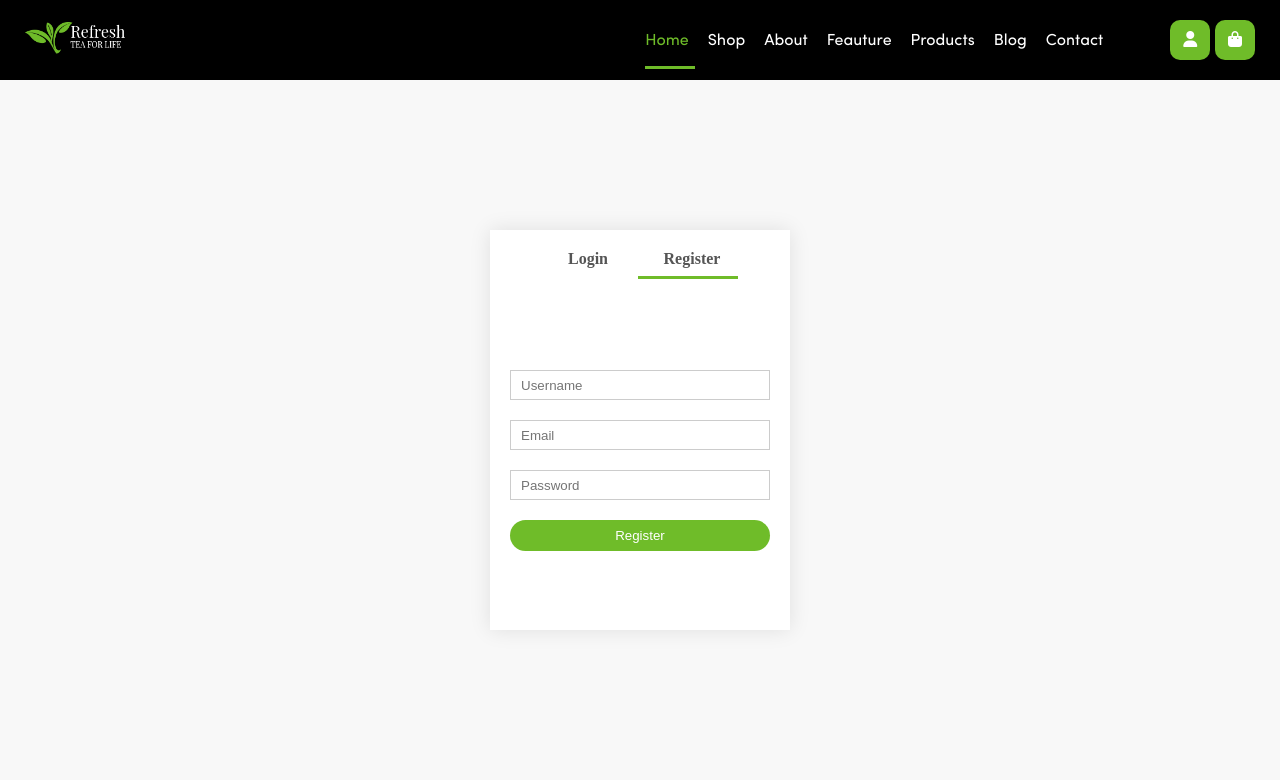
Repository: 52hzwhaleblue/school_teashop
Page: account.html
An editor plug-in stored every save of this project. The page is shown before and after the next save, followed by the edit.
The browser window is 1280 px wide. The pictures show the whole page.
Some web fonts or font styles are not loaded; a fallback is used. Some web libraries are served in a nearby version.

Above is the page before, as saved 2022-05-29 21:08:52.

### account.html
<!DOCTYPE html>
<html lang="en">
  <head>
    <meta charset="UTF-8" />
    <meta http-equiv="X-UA-Compatible" content="IE=edge" />
    <meta name="viewport" content="width=device-width, initial-scale=1.0" />

    <!-- Style CSS -->
    <link rel="stylesheet" href="./style.css" stylesheet="text/style.css" />

    <!-- googel fonts -->
    <link rel="preconnect" href="https://fonts.googleapis.com" />
    <link rel="preconnect" href="https://fonts.gstatic.com" crossorigin />
    <link
      href="https://fonts.googleapis.com/css2?family=Playfair+Display&display=swap"
      rel="stylesheet"
    />
    <link
      href="https://fonts.googleapis.com/css?family=Leckerli+One:regular"
      rel="stylesheet"
    />

    <!-- cdn -->
    <link
      rel="stylesheet"
      href="https://cdnjs.cloudflare.com/ajax/libs/font-awesome/6.1.1/css/all.min.css"
      integrity="sha512-KfkfwYDsLkIlwQp6LFnl8zNdLGxu9YAA1QvwINks4PhcElQSvqcyVLLD9aMhXd13uQjoXtEKNosOWaZqXgel0g=="
      crossorigin="anonymous"
      referrerpolicy="no-referrer"
    />

    <title>Account</title>
  </head>

  <body>
    <!-- header -->
    <div class="header-wrapper">
      <div class="wrap-content">
        <div class="logo">
          <img src="./images/logo.png" alt="" />
        </div>

        <div class="menu">
          <ul>
            <li class="active"><a href="./index.html">Home</a></li>
            <li><a href="./shop.html">Shop</a></li>
            <li><a href="#">About</a></li>
            <li><a href="#">Feauture</a></li>
            <li><a href="./product_detail.html">Products</a></li>
            <li><a href="#">Blog</a></li>
            <li><a href="#">Contact</a></li>
          </ul>
        </div>

        <div class="cart">
            <a href="cart.html"><i class="fa-solid fa-user"></i></a>
          </div>
        <div class="cart">
          <a href="./cart.html"><i class="fa-solid fa-bag-shopping"></i></a>
        </div>
      </div>
    </div>
    <div class="account-page">
        <div class="container">
            <div class="row3">
              <div class="col-6">
                  <div class="form-container">
                    <div class="form-btn">
                        <span onclick="login()">Login</span>
                        <span onclick="register()">Register</span>
                        <hr id="Indicator">
                    </div>
                    <form id="LoginForm">
                         <input type="text" placeholder="Username">
                         <input type="password" placeholder="Password">
                         <button type="submit" class="btn3">Login</button>
                         <a href="">Forgot password</a>
                    </form>

                    <form id="RegForm">
                        <input type="text" placeholder="Username">
                        <input type="email" placeholder="Email">
                        <input type="password" placeholder="Password">
                        <button type="submit" class="btn3">Register</button>
                   </form>
                  </div>
              </div>
            </div>
        </div>
    </div>
    <script>
        var LoginForm = document.getElementById("LoginForm");
        var RegForm = document.getElementById("RegForm");
        var Indicator = document.getElementById("Indicator");
         function register(){
             RegForm.style.transform = "translateX(0px)";
             LoginForm.style.transform = "translateX(0px)";
             Indicator.style.transform = "translateX(100px)";
         }

         function login(){
             RegForm.style.transform = "translateX(300px)";
             LoginForm.style.transform = "translateX(300px)";
             Indicator.style.transform = "translateX(0px)";
         }
   </script>


  </body>
</html>

Loaded but not shown: style.css (1309 lines, source omitted)

After the next save:
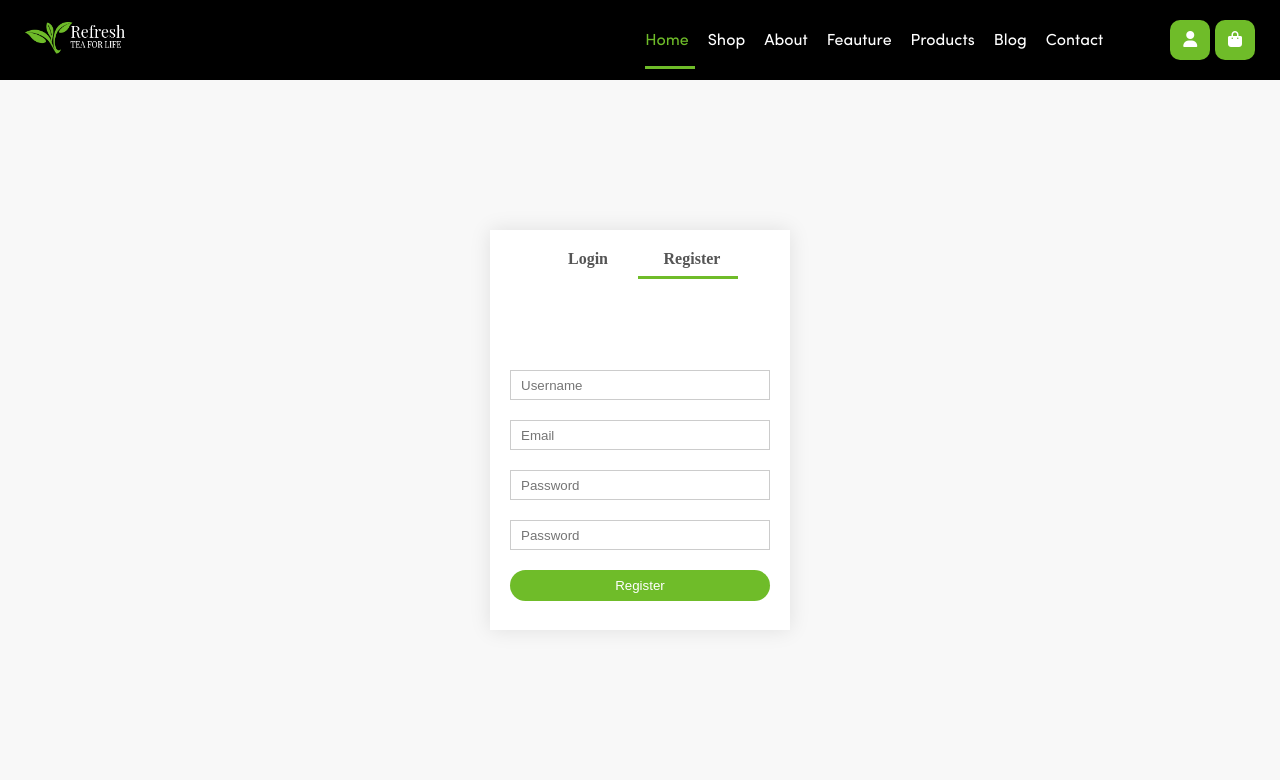
Saved 18 h 26 min later.
--- a/account.html
+++ b/account.html
@@ -81,6 +81,7 @@
                         <input type="text" placeholder="Username">
                         <input type="email" placeholder="Email">
                         <input type="password" placeholder="Password">
+                        <input type="password" placeholder="Password">
                         <button type="submit" class="btn3">Register</button>
                    </form>
                   </div>

After the save that followed:
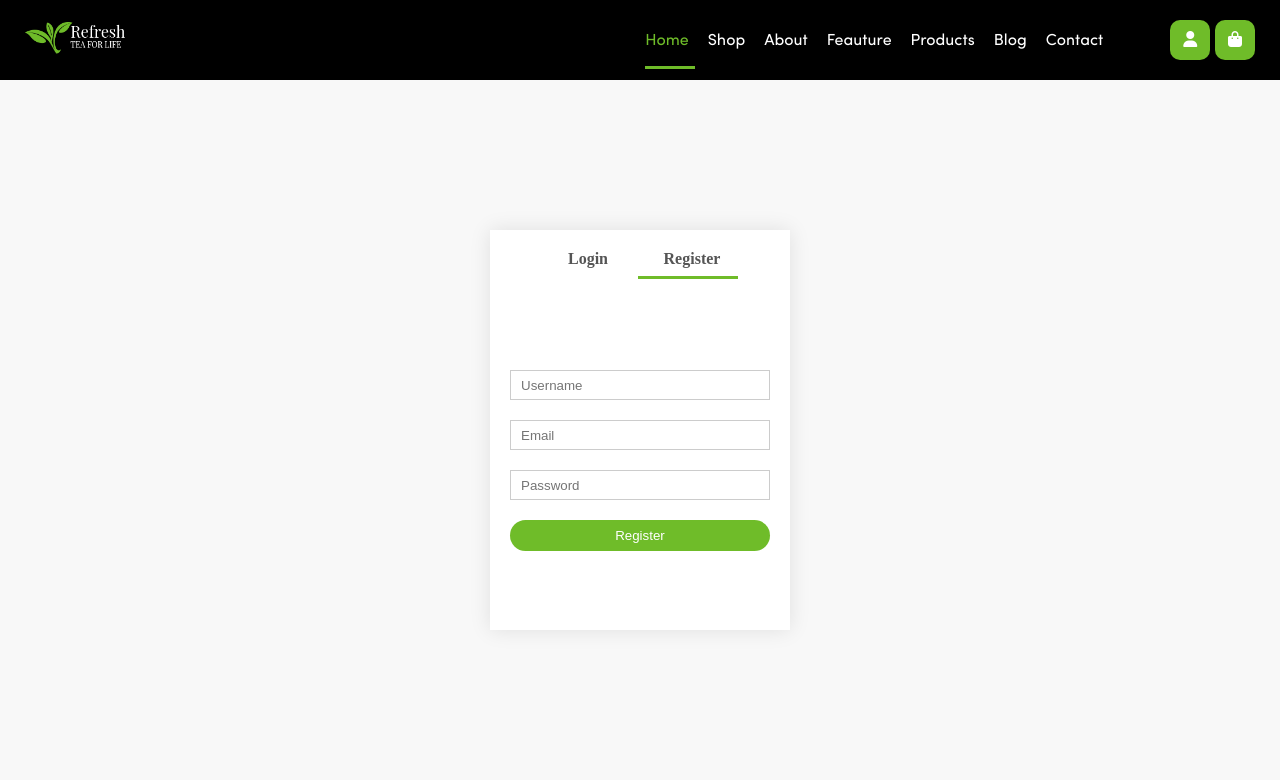
Saved 119 s later.
--- a/account.html
+++ b/account.html
@@ -81,7 +81,6 @@
                         <input type="text" placeholder="Username">
                         <input type="email" placeholder="Email">
                         <input type="password" placeholder="Password">
-                        <input type="password" placeholder="Password">
                         <button type="submit" class="btn3">Register</button>
                    </form>
                   </div>
